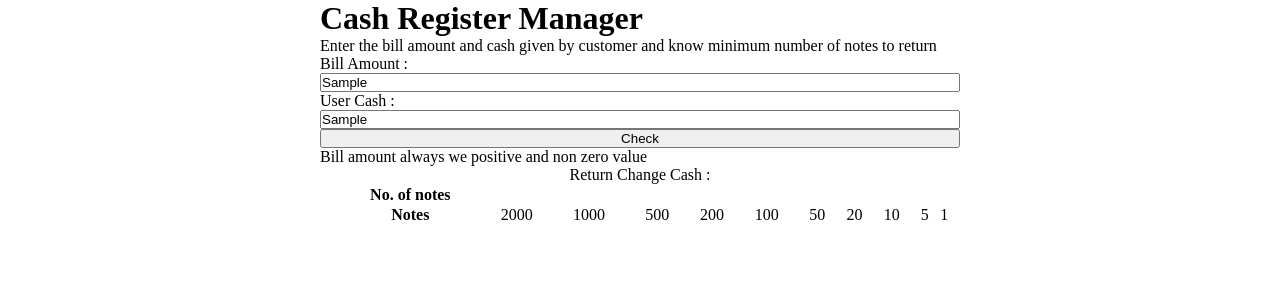
Repository: patelamancode/Cash-register-manager-app
Page: index.html
These files come from the project's save history. The page is drawn as it stood at one moment and after the next save; the edit follows.
The browser window is 1280 px wide. The pictures show the whole page.
Empty fields were first filled with sample values (such as "Sample", 5 or name@example.com).
After loading, the first visible `button.check-btn` was clicked once.

Above is the page before, as saved 2022-11-16 16:56:45.

### index.html
<!DOCTYPE html>
<html lang="en">

<head>
    <meta charset="UTF-8">
    <meta http-equiv="X-UA-Compatible" content="IE=edge">
    <meta name="viewport" content="width=device-width, initial-scale=1.0">
    <link rel="stylesheet" href="index.css">
    <title>Cash register app</title>
</head>

<body>
    <div id="main-container">
        <h1 class="heading">Cash Register Manager</h1>
        <p id="description">Enter the bill amount and cash given by customer
            and know minimum number of notes to return
        </p>
        <label for="Bill-amount">Bill Amount :</label>
        <input type="text" id="bill-amount">
        <label for="Cash-amount">User Cash :</label>
        <input type="text" id="cash-amount">
        <button class="check-btn">Check</button>
        <p class="error-message">Bill amount always we positive and non zero value</p>
        <table class="change-cash">
            <caption>Return Change Cash :</caption>
            <tr>
                <th>No. of notes</th>
                <td></td>
            </tr>
            <tr>
                <th>Notes</th>
                <td>2000</td>
                <td>1000</td>
                <td>500</td>
                <td>200</td>
                <td>100</td>
                <td>50</td>
                <td>20</td>
                <td>10</td>
                <td>5</td>
                <td>1</td>
            </tr>
        </table>
    </div>

    <script src="index.js"></script>
</body>

</html>

### index.css
*{
    margin: 0;
    padding: 0;
}

#main-container{
    display: flex;
    flex-direction: column;
    width: 50vw;
    margin: auto;
}

### index.js
// document.querySelector('.check-btn').addEventListener('click', function(){
//     console.log("Check button is clicked")
// })

const billAmount = document.querySelector('#bill-amount');
const cashAmount = document.querySelector('#cash-amount');
const checkButton =  document.querySelector('.check-btn');
const errorMessage = document.querySelector('.error-message');

// Testing console values for all inputs
// checkButton.addEventListener('click', function(){
//     console.log(cashAmount.value);
// })



checkButton.addEventListener('click', function amountValidation(){
    errorMessage.getElementsByClassName.display = "none";
    if(billAmount.value > 0){

    }
    else{

    }
})

After the next save:
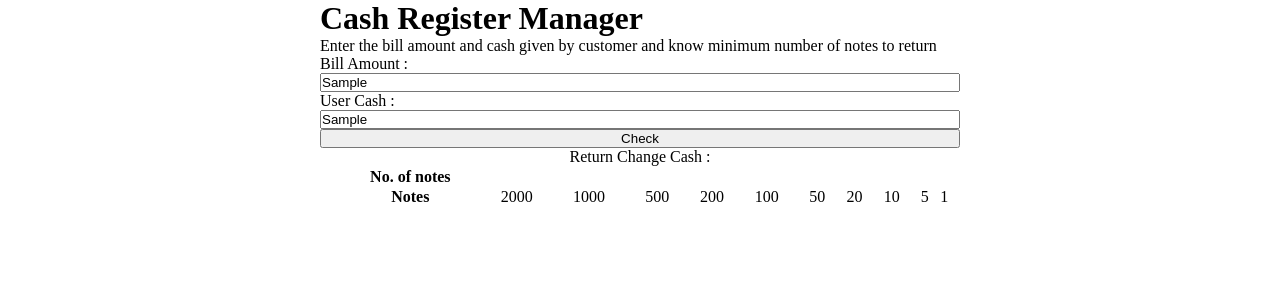
Saved 23 s later.
--- a/index.js
+++ b/index.js
@@ -15,7 +15,7 @@
 
 
 checkButton.addEventListener('click', function amountValidation(){
-    errorMessage.getElementsByClassName.display = "none";
+    errorMessage.style.display = "none";
     if(billAmount.value > 0){
 
     }

After the save that followed:
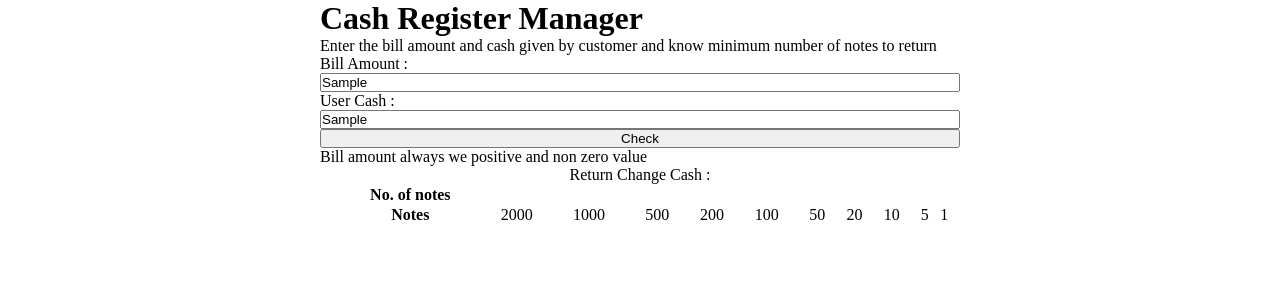
Saved 53 s later.
--- a/index.js
+++ b/index.js
@@ -15,9 +15,9 @@
 
 
 checkButton.addEventListener('click', function amountValidation(){
-    errorMessage.style.display = "none";
+
     if(billAmount.value > 0){
-
+        errorMessage.style.display = "none";
     }
     else{
 
